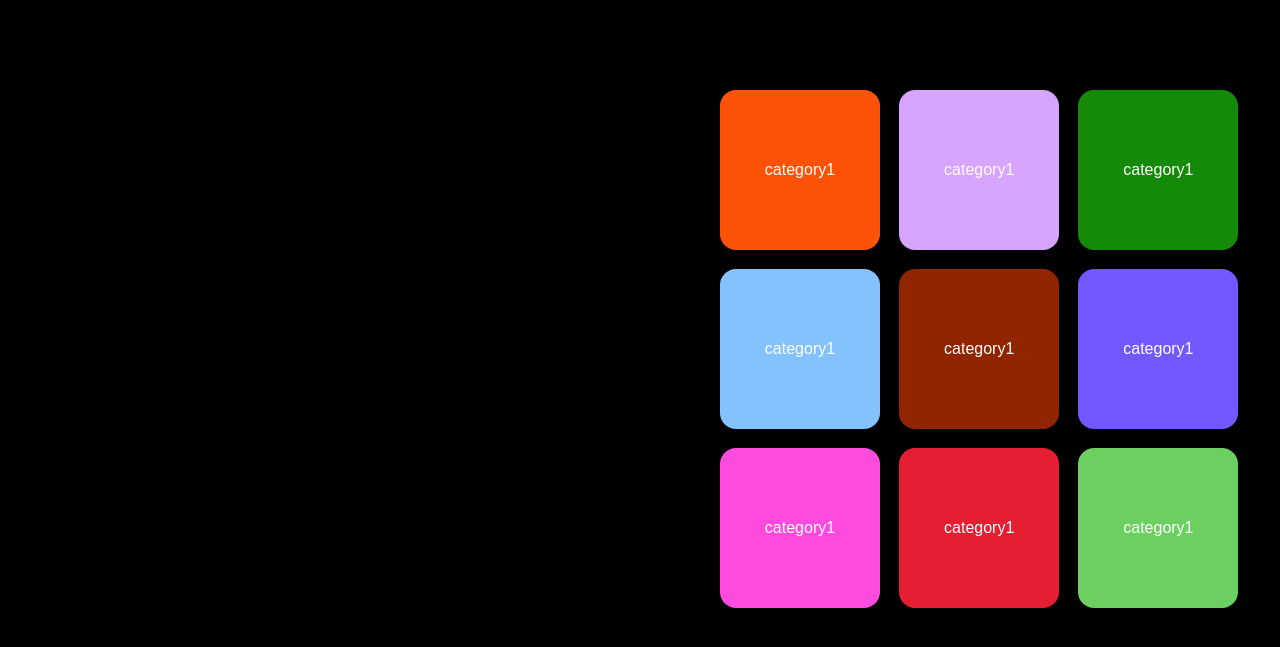
Repository: drumsmanku/react-capstone-project-2
Page: /categories
An editor plug-in stored every save of this project. The page is shown before and after the next save, followed by the edit.
The browser window is 1280 px wide. The pictures show the whole page.
Some web fonts or font styles are not loaded; a fallback is used. The project was rebuilt for these pictures with package versions that can differ from the ones it lists, and the page was loaded fresh each time. Also part of the build but not shown: src/components/RegistrationPage.js, src/components/SubmitSuccess.js.

Above is the page before, as saved 2023-05-24 10:38:58.

### src/index.css
body,html{
  padding: 0;
  margin: 0;
}

### src/App.js
import './App.css';
import RegistrationPage from './components/RegistrationPage';
import SubmitSuccess from './components/SubmitSuccess';
import CategoriesPage from './components/CategoriesPage';
import { BrowserRouter as Router, Route, Routes} from 'react-router-dom';
function App() {
  const categories=['category1', 'category1','category1','category1','category1','category1','category1', 'category1','category1',];
  const colors=['#FF5209', '#D7A4FF','#148A08','#84C2FF','#902500','#7358FF','#FF4ADE','#E61E32','#6CD061',]
  return (
    <div className='App'>
      <Router>
        <Routes>
          <Route path='/' element={<RegistrationPage />}/>
          <Route path='/success' element={<SubmitSuccess/>}/>
          <Route path='/categories' element={<CategoriesPage categories={categories} backgroundcolor={colors} />}/>
        </Routes>
      </Router>
    </div>
  );
}

export default App;

### src/App.css
.App {
  margin: 0;
  padding: 0;

}

### src/components/CategoriesPage.js
import React from 'react'
import './CategoriesPage.css'

function CategoriesPage(props) {
  const{categories, backgroundcolor}=props
  return (
    <div className='container'>
      <div className='first-container'>

      </div>
      <div className='second-container'>
        <div className='category-container'>
          {categories.map((category, index)=>(
            <button style={{border:'none', background:'none',color:'white', backgroundColor:backgroundcolor[index], height:'10rem', width:'10rem', margin:'0.6rem', borderRadius:'1rem', fontSize:'1rem'}} key={index}>{category}</button>
          ))}
        </div>
        <div>
          {/* next page button */}
        </div>

      </div>
    </div>
  )
}

export default CategoriesPage

### src/components/RegistrationPage.css
@import url('https://fonts.googleapis.com/css2?family=Roboto:wght@900&display=swap');
@import url('https://fonts.googleapis.com/css2?family=Single+Day&display=swap');
@import url('https://fonts.googleapis.com/css2?family=DM+Sans&display=swap');
.reg-page{
  background-image: url('../Assets/back1.png');
  background-size: 50% 120%;
  background-repeat: no-repeat;
  height: 100vh;

  background-color: black;
  display: flex;
}
.first-div{
  font-family:'Roboto';
  color: white;
  width: 50%;
  height: 100vh;
  display: flex;
  justify-content: center;
  position: relative;
}
.first-first-div{
  width: 70%;
  position: absolute;
  bottom: 4.5rem;
}
.first-first-div h1{
  font-size: 3rem;
  padding: 0;
  margin: 0;
}
.second-div{
  height: inherit;
  width: 50%;
  display: flex;
  flex-direction: column;
  justify-content: center;
  align-items: center;
  color: white;
}
.second-div h1{
  font-family: 'Single Day';
  font-size: 3.3rem;
  color: #72DB73;
  font-weight: 400;
  margin: 0;
}
.second-div h4{
  font-family: 'DM Sans';
  font-weight: 200;
  margin-bottom: 2rem;
  margin-top: 1rem;
  font-size: 1.1rem;
}
form{
  display: flex;
  flex-direction: column;
}
form input[type=text]{
  margin: 0.7rem;
  width: 23rem;
  height: 2.9rem;
  border: none;
  background-color: #292929;
  border-radius: 0.1rem;
  font-family: 'DM Sans';
}
form input[type=number]{
  margin: 0.7rem;
  width: 23rem;
  height: 2.9rem;
  border: none;
  background-color: #292929;
  border-radius: 0.1rem;
  font-family: 'DM Sans';

}
form input[type=email]{
  margin: 0.7rem;
  width: 23rem;
  height: 2.9rem;
  border: none;
  background-color: #292929;
  border-radius: 0.1rem;
  font-family: 'DM Sans';
}

form input::placeholder{
  padding-left: 0.9rem;
  font-size: 1rem;
}
.checkbox1{
  width: 100%;
  display: flex;
  padding-left: 0.5rem;
  font-family: 'DM Sans';
  margin: 1.6rem 0 1.6rem 0;
  font-size: 0.9rem;
}
.checkbox1 input[type="checkbox"]{
  margin-right: 1rem;
  border: none;
  transform: scale(1.4);
}
form button{
  background-color: #72DB73;
  border: none;
  height: 3rem;
  width: 23rem;
  border-radius: 2.2rem;
  font-size: 1.4rem;
  font-family: 'DM Sans';
  font-weight: 600;
  color: white;
  letter-spacing: 0.2rem;
}

### src/components/CategoriesPage.css
.container{
  display:flex;
  background-color: black;
  height: 100vh;
  width: 100%;
}
.first-container{
  height: inherit;
  width: 40%;
}

.second-container{
  height: inherit;
  width: 60%;
  display: flex;
  flex-direction: column;
  justify-content: center;
  align-items: flex-end;
  position: relative;
}
.category-container{
  width: 70%;
  margin-right: 2rem;
  position: absolute;
  top: 5rem;
}

Loaded but not shown: public/index.html (common file); src/index.js (common file)

After the next save:
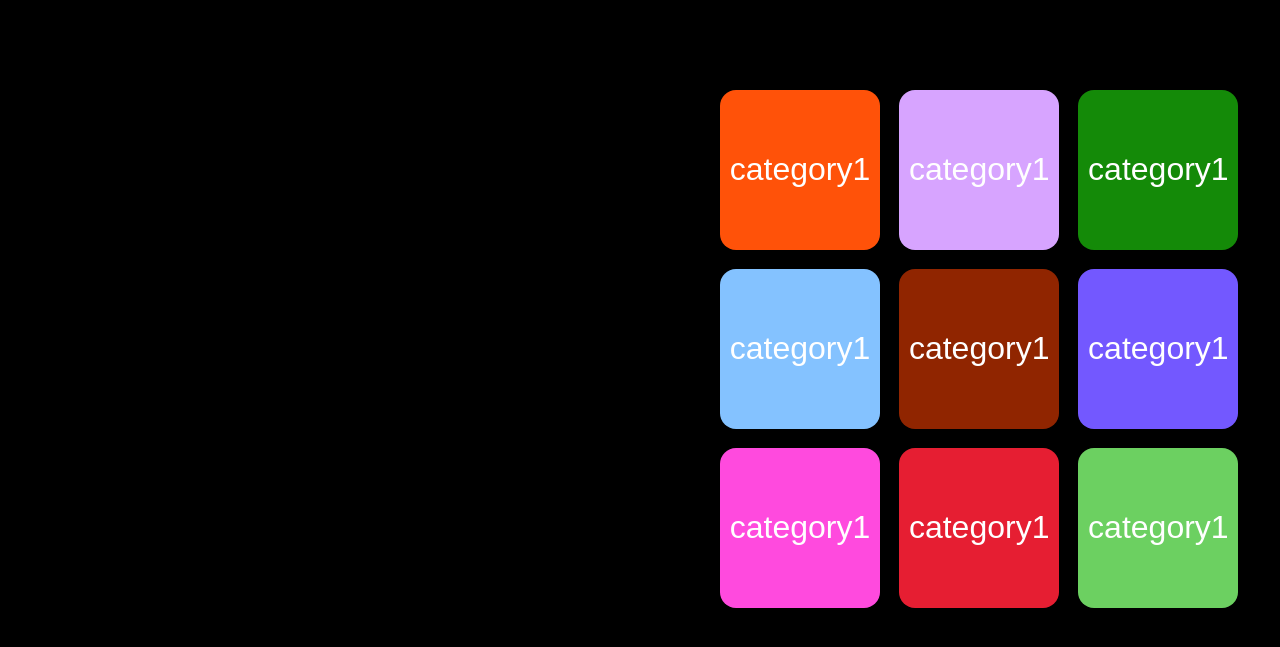
Saved 8 s later.
--- a/src/components/CategoriesPage.js
+++ b/src/components/CategoriesPage.js
@@ -11,7 +11,7 @@ function CategoriesPage(props) {
       <div className='second-container'>
         <div className='category-container'>
           {categories.map((category, index)=>(
-            <button style={{border:'none', background:'none',color:'white', backgroundColor:backgroundcolor[index], height:'10rem', width:'10rem', margin:'0.6rem', borderRadius:'1rem', fontSize:'1rem'}} key={index}>{category}</button>
+            <button style={{border:'none', background:'none',color:'white', backgroundColor:backgroundcolor[index], height:'10rem', width:'10rem', margin:'0.6rem', borderRadius:'1rem', fontSize:'2rem'}} key={index}>{category}</button>
           ))}
         </div>
         <div>
